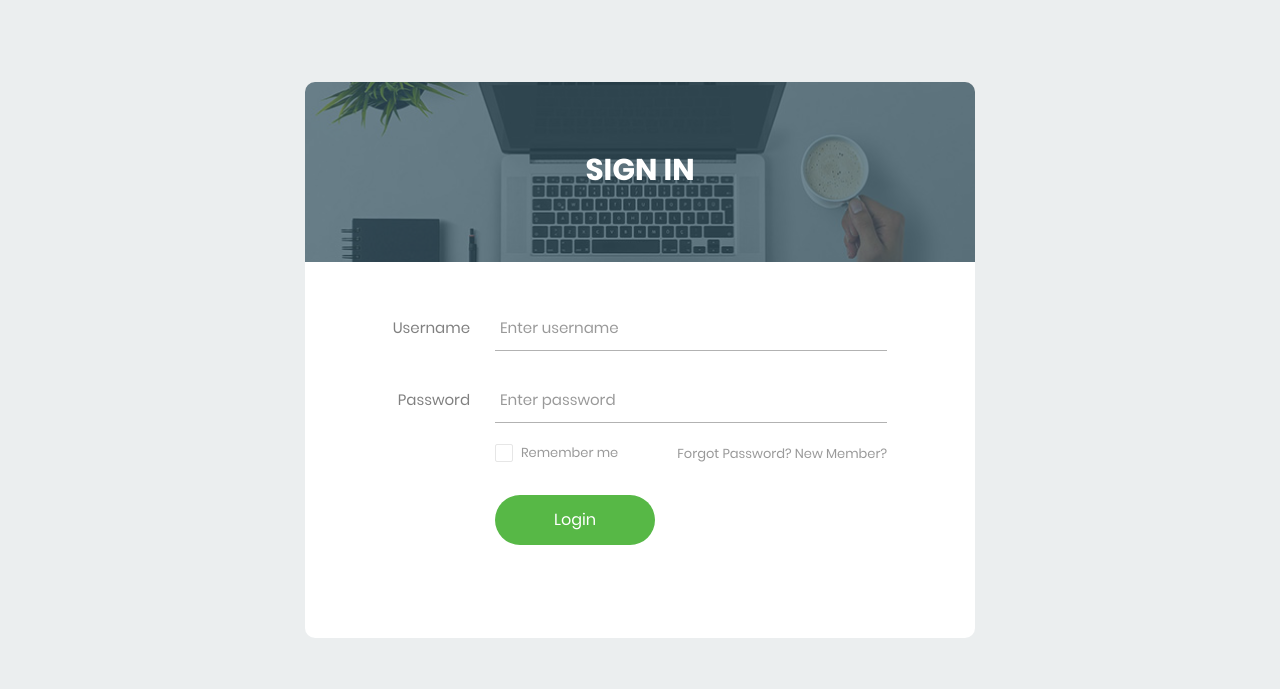
Repository: anantmishra1997/Tender-Management-System
Page: eTender/WebContent/register.html
An editor plug-in stored every save of this project. The page is shown before and after the next save, followed by the edit.
The browser window is 1280 px wide. The pictures show the whole page.

Above is the page before, as saved 2018-06-26 13:48:34.

### eTender/WebContent/register.html
<!DOCTYPE html>
<html lang="en">
<head>
	<title>Login V15</title>
	<meta charset="UTF-8">
	<meta name="viewport" content="width=device-width, initial-scale=1">
<!--===============================================================================================-->
	<link rel="icon" type="image/png" href="images/icons/favicon.ico"/>
<!--===============================================================================================-->
	<link rel="stylesheet" type="text/css" href="vendor/bootstrap/css/bootstrap.min.css">
<!--===============================================================================================-->
	<link rel="stylesheet" type="text/css" href="fonts/font-awesome-4.7.0/css/font-awesome.min.css">
<!--===============================================================================================-->
	<link rel="stylesheet" type="text/css" href="fonts/Linearicons-Free-v1.0.0/icon-font.min.css">
<!--===============================================================================================-->
	<link rel="stylesheet" type="text/css" href="vendor/animate/animate.css">
<!--===============================================================================================-->
	<link rel="stylesheet" type="text/css" href="vendor/css-hamburgers/hamburgers.min.css">
<!--===============================================================================================-->
	<link rel="stylesheet" type="text/css" href="vendor/animsition/css/animsition.min.css">
<!--===============================================================================================-->
	<link rel="stylesheet" type="text/css" href="vendor/select2/select2.min.css">
<!--===============================================================================================-->
	<link rel="stylesheet" type="text/css" href="vendor/daterangepicker/daterangepicker.css">
<!--===============================================================================================-->
	<link rel="stylesheet" type="text/css" href="css/util.css">
	<link rel="stylesheet" type="text/css" href="css/main.css">
<!--===============================================================================================-->
</head>
<body>

	<div class="limiter">
		<div class="container-login100">
			<div class="wrap-login100">
				<div class="login100-form-title" style="background-image: url(images/bg-01.jpg);">
					<span class="login100-form-title-1">
						Sign In
					</span>
				</div>

				<form class="login100-form validate-form">
					<div class="wrap-input100 validate-input m-b-26" data-validate="Username is required">
						<span class="label-input100">Username</span>
						<input class="input100" type="text" name="username" placeholder="Enter username">
						<span class="focus-input100"></span>
					</div>

					<div class="wrap-input100 validate-input m-b-18" data-validate = "Password is required">
						<span class="label-input100">Password</span>
						<input class="input100" type="password" name="pass" placeholder="Enter password">
						<span class="focus-input100"></span>
					</div>

					<div class="flex-sb-m w-full p-b-30">
						<div class="contact100-form-checkbox">
							<input class="input-checkbox100" id="ckb1" type="checkbox" name="remember-me">
							<label class="label-checkbox100" for="ckb1">
								Remember me
							</label>
						</div>

						<div>
							<a href="#" class="txt1">
								Forgot Password?
							</a>
							<a href="#" class="txt1">
							New Member?
							</a>
						</div>
					</div>

					<div class="container-login100-form-btn">
						<button class="login100-form-btn">
							Login
						</button>
					</div>
				</form>
			</div>
		</div>
	</div>

<!--===============================================================================================-->
	<script src="vendor/jquery/jquery-3.2.1.min.js"></script>
<!--===============================================================================================-->
	<script src="vendor/animsition/js/animsition.min.js"></script>
<!--===============================================================================================-->
	<script src="vendor/bootstrap/js/popper.js"></script>
	<script src="vendor/bootstrap/js/bootstrap.min.js"></script>
<!--===============================================================================================-->
	<script src="vendor/select2/select2.min.js"></script>
<!--===============================================================================================-->
	<script src="vendor/daterangepicker/moment.min.js"></script>
	<script src="vendor/daterangepicker/daterangepicker.js"></script>
<!--===============================================================================================-->
	<script src="vendor/countdowntime/countdowntime.js"></script>
<!--===============================================================================================-->
	<script src="js/main.js"></script>

</body>
</html>

### eTender/WebContent/css/main.css
/* input[type="password"] {
  color: transparent;
} */



/*//////////////////////////////////////////////////////////////////
[ FONT ]*/

@font-face {
  font-family: Poppins-Regular;
  src: url('../fonts/poppins/Poppins-Regular.ttf');
}

@font-face {
  font-family: Poppins-Medium;
  src: url('../fonts/poppins/Poppins-Medium.ttf');
}

@font-face {
  font-family: Poppins-Bold;
  src: url('../fonts/poppins/Poppins-Bold.ttf');
}

@font-face {
  font-family: Poppins-SemiBold;
  src: url('../fonts/poppins/Poppins-SemiBold.ttf');
}

/*//////////////////////////////////////////////////////////////////
[ RESTYLE TAG ]*/

* {
	margin: 0px;
	padding: 0px;
	box-sizing: border-box;
}

body, html {
	height: 100%;
	font-family: Poppins-Regular, sans-serif;
}

/*---------------------------------------------*/
a {
	font-family: Poppins-Regular;
	font-size: 14px;
	line-height: 1.7;
	color: #666666;
	margin: 0px;
	transition: all 0.4s;
	-webkit-transition: all 0.4s;
  -o-transition: all 0.4s;
  -moz-transition: all 0.4s;
}

a:focus {
	outline: none !important;
}

a:hover {
	text-decoration: none;
  color: #57b846;
}

/*---------------------------------------------*/
h1,h2,h3,h4,h5,h6 {
	margin: 0px;
}

p {
	font-family: Poppins-Regular;
	font-size: 14px;
	line-height: 1.7;
	color: #666666;
	margin: 0px;
}

ul, li {
	margin: 0px;
	list-style-type: none;
}


/*---------------------------------------------*/
input {
	outline: none;
	border: none;
}

input[type="number"] {
    -moz-appearance: textfield;
    appearance: none;
    -webkit-appearance: none;
}

input[type="number"]::-webkit-outer-spin-button,
input[type="number"]::-webkit-inner-spin-button {
    -webkit-appearance: none;
}

textarea {
  outline: none;
  border: none;
}

textarea:focus, input:focus {
  border-color: transparent !important;
}

input:focus::-webkit-input-placeholder { color:transparent; }
input:focus:-moz-placeholder { color:transparent; }
input:focus::-moz-placeholder { color:transparent; }
input:focus:-ms-input-placeholder { color:transparent; }

textarea:focus::-webkit-input-placeholder { color:transparent; }
textarea:focus:-moz-placeholder { color:transparent; }
textarea:focus::-moz-placeholder { color:transparent; }
textarea:focus:-ms-input-placeholder { color:transparent; }

input::-webkit-input-placeholder {color: #999999;}
input:-moz-placeholder {color: #999999;}
input::-moz-placeholder {color: #999999;}
input:-ms-input-placeholder {color: #999999;}

textarea::-webkit-input-placeholder {color: #999999;}
textarea:-moz-placeholder {color: #999999;}
textarea::-moz-placeholder {color: #999999;}
textarea:-ms-input-placeholder {color: #999999;}

label {
  display: block;
  margin: 0;
}

/*---------------------------------------------*/
button {
	outline: none !important;
	border: none;
	background: transparent;
}

button:hover {
	cursor: pointer;
}

iframe {
	border: none !important;
}


/*//////////////////////////////////////////////////////////////////
[ Utility ]*/
.txt1 {
  font-family: Poppins-Regular;
  font-size: 13px;
  line-height: 1.4;
  color: #999999;
}

/*//////////////////////////////////////////////////////////////////
[ login ]*/

.limiter {
  width: 100%;
  margin: 0 auto;
}

.container-login100 {
  width: 100%;
  min-height: 100vh;
  display: -webkit-box;
  display: -webkit-flex;
  display: -moz-box;
  display: -ms-flexbox;
  display: flex;
  flex-wrap: wrap;
  justify-content: center;
  align-items: center;
  padding: 15px;
  background: #ebeeef;
}


.wrap-login100 {
  width: 670px;
  background: #fff;
  border-radius: 10px;
  overflow: hidden;
  position: relative;
}

/*==================================================================
[ Title form ]*/
.login100-form-title {
  width: 100%;
  position: relative;
  z-index: 1;
  display: -webkit-box;
  display: -webkit-flex;
  display: -moz-box;
  display: -ms-flexbox;
  display: flex;
  flex-wrap: wrap;
  flex-direction: column;
  align-items: center;

  background-repeat: no-repeat;
  background-size: cover;
  background-position: center;

  padding: 70px 15px 74px 15px;
}

.login100-form-title-1 {
  font-family: Poppins-Bold;
  font-size: 30px;
  color: #fff;
  text-transform: uppercase;
  line-height: 1.2;
  text-align: center;
}

.login100-form-title::before {
  content: "";
  display: block;
  position: absolute;
  z-index: -1;
  width: 100%;
  height: 100%;
  top: 0;
  left: 0;
  background-color: rgba(54,84,99,0.7);
}


/*==================================================================
[ Form ]*/

.login100-form {
  width: 100%;
  display: -webkit-box;
  display: -webkit-flex;
  display: -moz-box;
  display: -ms-flexbox;
  display: flex;
  flex-wrap: wrap;
  justify-content: space-between;
  padding: 43px 88px 93px 190px;
}


/*------------------------------------------------------------------
[ Input ]*/

.wrap-input100 {
  width: 100%;
  position: relative;
  border-bottom: 1px solid #b2b2b2;
}

.label-input100 {
  font-family: Poppins-Regular;
  font-size: 15px;
  color: #808080;
  line-height: 1.2;
  text-align: right;

  position: absolute;
  top: 14px;
  left: -105px;
  width: 80px;

}

/*---------------------------------------------*/
.input100 {
  font-family: Poppins-Regular;
  font-size: 15px;
  color: #555555;
  line-height: 1.2;

  display: block;
  width: 100%;
  background: transparent;
  padding: 0 5px;
}

.focus-input100 {
  position: absolute;
  display: block;
  width: 100%;
  height: 100%;
  top: 0;
  left: 0;
  pointer-events: none;
}

.focus-input100::before {
  content: "";
  display: block;
  position: absolute;
  bottom: -1px;
  left: 0;
  width: 0;
  height: 1px;

  -webkit-transition: all 0.6s;
  -o-transition: all 0.6s;
  -moz-transition: all 0.6s;
  transition: all 0.6s;

  background: #57b846;
}


/*---------------------------------------------*/
input.input100 {
  height: 45px;
}


.input100:focus + .focus-input100::before {
  width: 100%;
}

.has-val.input100 + .focus-input100::before {
  width: 100%;
}

/*==================================================================
[ Restyle Checkbox ]*/

.input-checkbox100 {
  display: none;
}

.label-checkbox100 {
  font-family: Poppins-Regular;
  font-size: 13px;
  color: #999999;
  line-height: 1.4;

  display: block;
  position: relative;
  padding-left: 26px;
  cursor: pointer;
}

.label-checkbox100::before {
  content: "\f00c";
  font-family: FontAwesome;
  font-size: 13px;
  color: transparent;

  display: -webkit-box;
  display: -webkit-flex;
  display: -moz-box;
  display: -ms-flexbox;
  display: flex;
  justify-content: center;
  align-items: center;
  position: absolute;
  width: 18px;
  height: 18px;
  border-radius: 2px;
  background: #fff;
  border: 1px solid #e6e6e6;
  left: 0;
  top: 50%;
  -webkit-transform: translateY(-50%);
  -moz-transform: translateY(-50%);
  -ms-transform: translateY(-50%);
  -o-transform: translateY(-50%);
  transform: translateY(-50%);
}

.input-checkbox100:checked + .label-checkbox100::before {
  color: #57b846;
}

/*------------------------------------------------------------------
[ Button ]*/
.container-login100-form-btn {
  width: 100%;
  display: -webkit-box;
  display: -webkit-flex;
  display: -moz-box;
  display: -ms-flexbox;
  display: flex;
  flex-wrap: wrap;
}

.login100-form-btn {
  display: -webkit-box;
  display: -webkit-flex;
  display: -moz-box;
  display: -ms-flexbox;
  display: flex;
  justify-content: center;
  align-items: center;
  padding: 0 20px;
  min-width: 160px;
  height: 50px;
  background-color: #57b846;
  border-radius: 25px;

  font-family: Poppins-Regular;
  font-size: 16px;
  color: #fff;
  line-height: 1.2;

  -webkit-transition: all 0.4s;
  -o-transition: all 0.4s;
  -moz-transition: all 0.4s;
  transition: all 0.4s;
}

.login100-form-btn:hover {
  background-color: #333333;
}


/*------------------------------------------------------------------
[ Responsive ]*/

@media (max-width: 576px) {
  .login100-form {
    padding: 43px 15px 57px 117px;
  }
}

@media (max-width: 480px) {
  .login100-form {
    padding: 43px 15px 57px 15px;
  }

  .label-input100 {
    text-align: left;
    position: unset;
    top: unset;
    left: unset;
    width: 100%;
    padding: 0 5px;
  }
}


/*------------------------------------------------------------------
[ Alert validate ]*/

.validate-input {
  position: relative;
}

.alert-validate::before {
  content: attr(data-validate);
  position: absolute;
  max-width: 70%;
  background-color: #fff;
  border: 1px solid #c80000;
  border-radius: 2px;
  padding: 4px 25px 4px 10px;
  top: 50%;
  -webkit-transform: translateY(-50%);
  -moz-transform: translateY(-50%);
  -ms-transform: translateY(-50%);
  -o-transform: translateY(-50%);
  transform: translateY(-50%);
  right: 2px;
  pointer-events: none;

  font-family: Poppins-Medium;
  color: #c80000;
  font-size: 13px;
  line-height: 1.4;
  text-align: left;

  visibility: hidden;
  opacity: 0;

  -webkit-transition: opacity 0.4s;
  -o-transition: opacity 0.4s;
  -moz-transition: opacity 0.4s;
  transition: opacity 0.4s;
}

.alert-validate::after {
  content: "\f06a";
  font-family: FontAwesome;
  display: block;
  position: absolute;
  color: #c80000;
  font-size: 15px;
  top: 50%;
  -webkit-transform: translateY(-50%);
  -moz-transform: translateY(-50%);
  -ms-transform: translateY(-50%);
  -o-transform: translateY(-50%);
  transform: translateY(-50%);
  right: 8px;
}

.alert-validate:hover:before {
  visibility: visible;
  opacity: 1;
}

@media (max-width: 992px) {
  .alert-validate::before {
    visibility: visible;
    opacity: 1;
  }
}

Loaded but not shown: eTender/WebContent/vendor/bootstrap/css/bootstrap.min.css (library); eTender/WebContent/fonts/font-awesome-4.7.0/css/font-awesome.min.css (library); eTender/WebContent/fonts/Linearicons-Free-v1.0.0/icon-font.min.css (library); eTender/WebContent/vendor/animate/animate.css (library); eTender/WebContent/vendor/css-hamburgers/hamburgers.min.css (library); eTender/WebContent/vendor/animsition/css/animsition.min.css (library); eTender/WebContent/vendor/select2/select2.min.css (library); eTender/WebContent/vendor/daterangepicker/daterangepicker.css (library); eTender/WebContent/vendor/jquery/jquery-3.2.1.min.js (library); eTender/WebContent/vendor/animsition/js/animsition.min.js (library); eTender/WebContent/vendor/bootstrap/js/popper.js (library); eTender/WebContent/vendor/bootstrap/js/bootstrap.min.js (library); eTender/WebContent/vendor/select2/select2.min.js (library); eTender/WebContent/vendor/daterangepicker/moment.min.js (library); eTender/WebContent/vendor/daterangepicker/daterangepicker.js (library); eTender/WebContent/vendor/countdowntime/countdowntime.js (common file); eTender/WebContent/js/main.js (68 lines, source omitted); eTender/WebContent/css/util.css (2984 lines, source omitted)

After the next save:
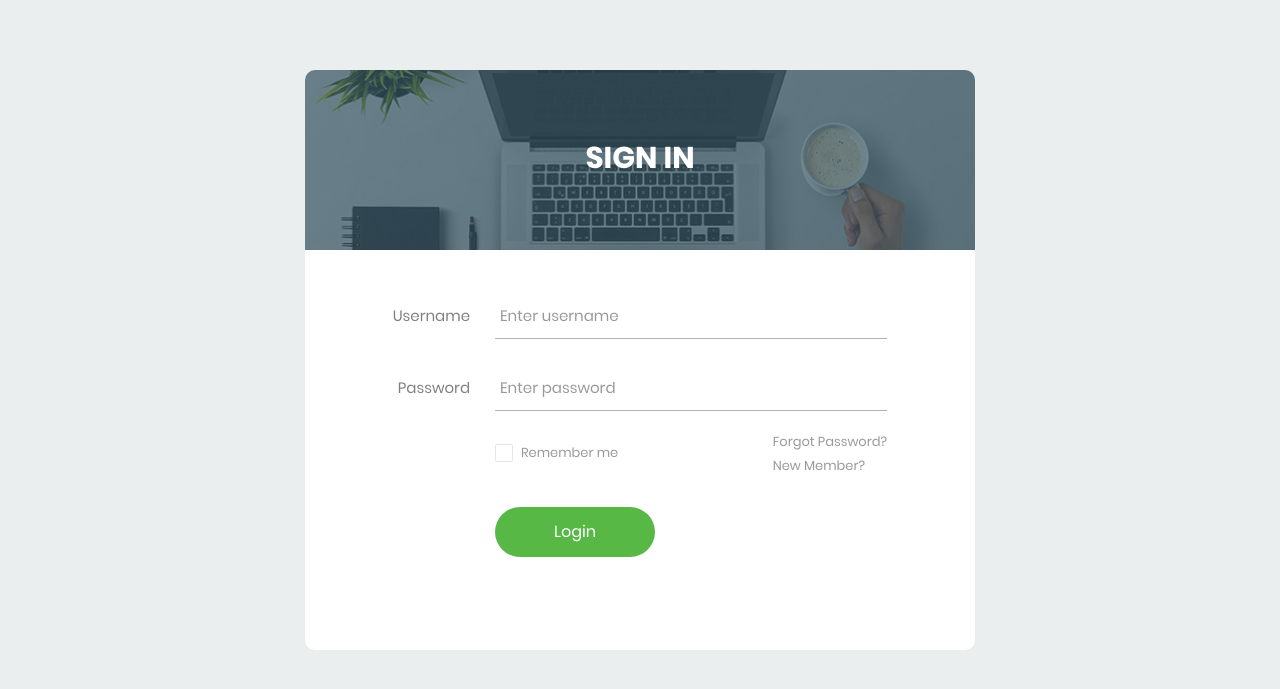
Saved 15 s later.
--- a/eTender/WebContent/register.html
+++ b/eTender/WebContent/register.html
@@ -62,7 +62,7 @@
 						<div>
 							<a href="#" class="txt1">
 								Forgot Password?
-							</a>
+							</a><br>
 							<a href="#" class="txt1">
 							New Member?
 							</a>
